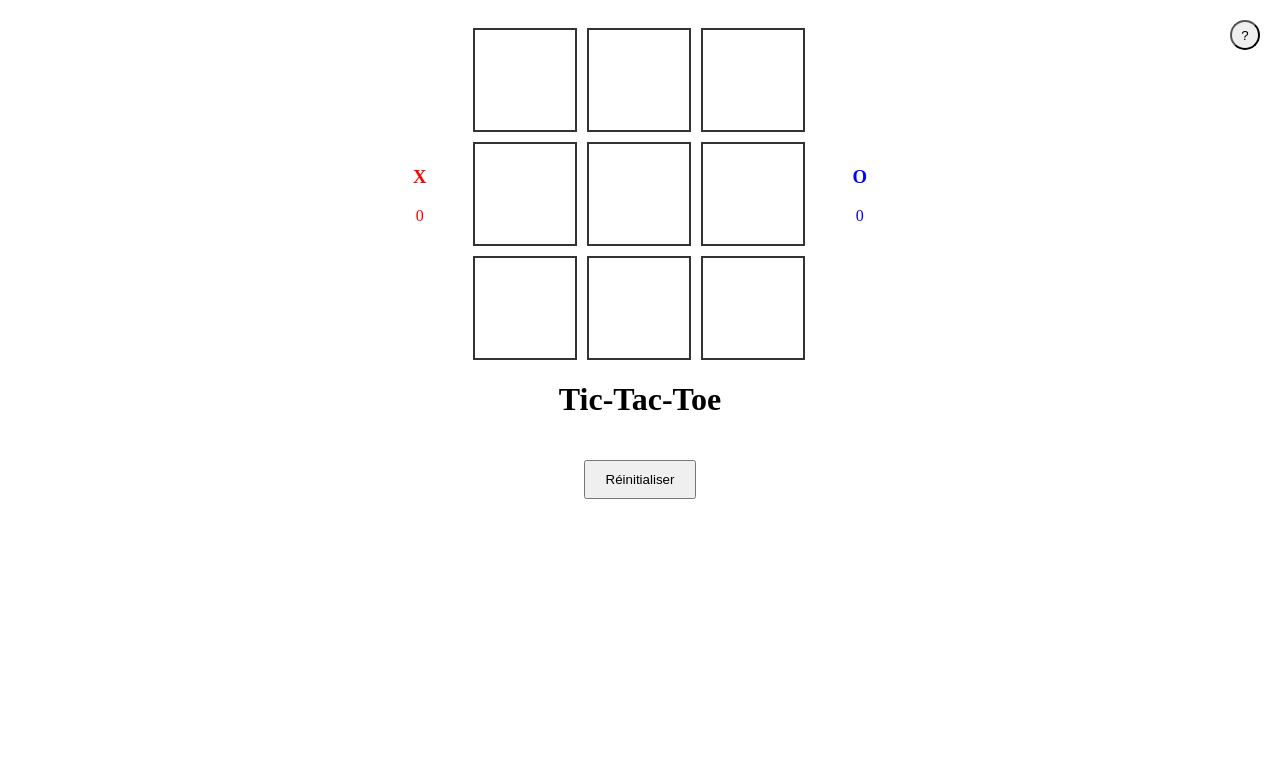
Repository: FTheo57/EvaluationGit
Page: index.html
An editor plug-in stored every save of this project. The page is shown before and after the next save, followed by the edit.
The browser window is 1280 px wide. The pictures show the whole page.

Above is the page before, as saved 2025-03-10 16:39:06.

### index.html
<!DOCTYPE html>
<html lang="fr">
<head>
    <meta charset="UTF-8">
    <meta name="viewport" content="width=device-width, initial-scale=1.0">
    <title>Tic-Tac-Toe</title>
    <link rel="stylesheet" href="/css/styles.css">
</head>
<body>
    <div class="game-wrapper">
        <div class="container">
            <div class="score-container" id="score-x">
                <h3>X</h3>
                <p id="score-x-value">0</p>
            </div>

            <div class="game-board" id="game-board">
                <div class="cell" data-index="0"></div>
                <div class="cell" data-index="1"></div>
                <div class="cell" data-index="2"></div>
                <div class="cell" data-index="3"></div>
                <div class="cell" data-index="4"></div>
                <div class="cell" data-index="5"></div>
                <div class="cell" data-index="6"></div>
                <div class="cell" data-index="7"></div>
                <div class="cell" data-index="8"></div>
            </div>

            <div class="score-container" id="score-o">
                <h3>O</h3>
                <p id="score-o-value">0</p>
            </div>
        </div>
        <button class="rules-btn" id="rules-btn">?</button>
        <h1>Tic-Tac-Toe</h1>
        <button id="reset">Réinitialiser</button>
        <div class="popup" id="popup">
            <div class="popup-content">
                <h2>Règles du Jeu</h2>
                <ul>
                    <li>Deux joueurs jouent à tour de rôle.</li>
                    <li>Chaque joueur marque son symbole (X ou O) dans une cellule vide.</li>
                    <li>Le premier joueur à aligner trois de ses symboles horizontalement, verticalement ou en diagonale gagne.</li>
                    <li>Si toutes les cellules sont remplies sans gagnant, c'est un match nul.</li>
                </ul>
                <button id="close-popup">Fermer</button>
            </div>
        </div>
    </div>
    <script src="/js/script.js"></script>
</body>
</html>

### css/styles.css
.game-wrapper {
    display: flex;
    flex-direction: column;
    align-items: center;
    min-height: 100vh;
    padding: 20px;
}

.container {
    display: flex;
    align-items: center;
    justify-content: center;
    gap: 2rem;
    position: relative;
    width: 100%;
    max-width: 800px;
}

.game-board {
    display: grid;
    grid-template-columns: repeat(3, 1fr);
    gap: 10px;
}

.cell {
    width: 100px;
    height: 100px;
    border: 2px solid #333;
    display: flex;
    align-items: center;
    justify-content: center;
    cursor: pointer;
    font-size: 2em;
}

.score-container {
    text-align: center;
    padding: 15px;
    border-radius: 8px;
}

#score-x {
    color: #ff0000;
}

#score-o {
    color: #0000ff;
}

.rules-btn {
    position: absolute;
    top: 20px;
    right: 20px;
    border-radius: 50%;
    width: 30px;
    height: 30px;
    cursor: pointer;
}

#reset {
    padding: 10px 20px;
    margin-top: 20px;
    cursor: pointer;
}

.popup {
    display: none;
    position: fixed;
    top: 0;
    left: 0;
    width: 100%;
    height: 100%;
    background: rgba(0, 0, 0, 0.5);
}

.popup-content {
    background: white;
    padding: 20px;
    border-radius: 5px;
    position: absolute;
    top: 50%;
    left: 50%;
    transform: translate(-50%, -50%);
}

### js/script.js

const rulesBtn = document.getElementById('rules-btn');
const popup = document.getElementById('popup');
const closePopupBtn = document.getElementById('close-popup');


rulesBtn.addEventListener('click', () => {
    popup.style.display = 'flex';
});


closePopupBtn.addEventListener('click', () => {
    popup.style.display = 'none';
});

After the next save:
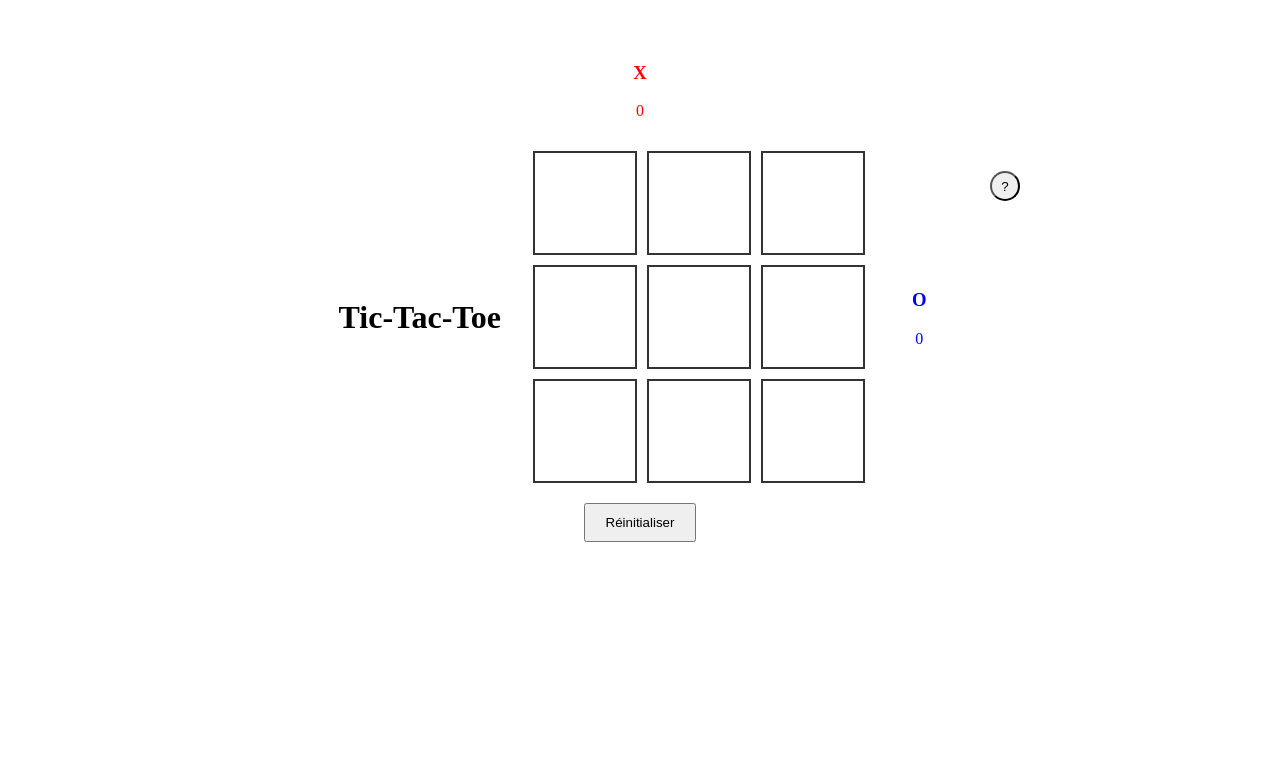
Saved 19 s later.
--- a/index.html
+++ b/index.html
@@ -4,35 +4,34 @@
     <meta charset="UTF-8">
     <meta name="viewport" content="width=device-width, initial-scale=1.0">
     <title>Tic-Tac-Toe</title>
-    <link rel="stylesheet" href="/css/styles.css">
+    <link rel="stylesheet" href="/css/styles.css"
 </head>
 <body>
     <div class="game-wrapper">
-        <div class="container">
-            <div class="score-container" id="score-x">
-                <h3>X</h3>
-                <p id="score-x-value">0</p>
-            </div>
 
-            <div class="game-board" id="game-board">
-                <div class="cell" data-index="0"></div>
-                <div class="cell" data-index="1"></div>
-                <div class="cell" data-index="2"></div>
-                <div class="cell" data-index="3"></div>
-                <div class="cell" data-index="4"></div>
-                <div class="cell" data-index="5"></div>
-                <div class="cell" data-index="6"></div>
-                <div class="cell" data-index="7"></div>
-                <div class="cell" data-index="8"></div>
-            </div>
-
-            <div class="score-container" id="score-o">
-                <h3>O</h3>
-                <p id="score-o-value">0</p>
-            </div>
+        <div class="score-container" id="score-x">
+            <h3>X</h3>
+            <p id="score-x-value">0</p>
         </div>
+    <div class="container">
         <button class="rules-btn" id="rules-btn">?</button>
         <h1>Tic-Tac-Toe</h1>
+        <div class="game-board" id="game-board">
+            <div class="cell" data-index="0"></div>
+            <div class="cell" data-index="1"></div>
+            <div class="cell" data-index="2"></div>
+            <div class="cell" data-index="3"></div>
+            <div class="cell" data-index="4"></div>
+            <div class="cell" data-index="5"></div>
+            <div class="cell" data-index="6"></div>
+            <div class="cell" data-index="7"></div>
+            <div class="cell" data-index="8"></div>
+        </div>
+        <div class="score-container" id="score-o">
+            <h3>O</h3>
+            <p id="score-o-value">0</p>
+        </div>
+    </div>
         <button id="reset">Réinitialiser</button>
         <div class="popup" id="popup">
             <div class="popup-content">
@@ -47,6 +46,8 @@
             </div>
         </div>
     </div>
+
+
     <script src="/js/script.js"></script>
 </body>
 </html>
